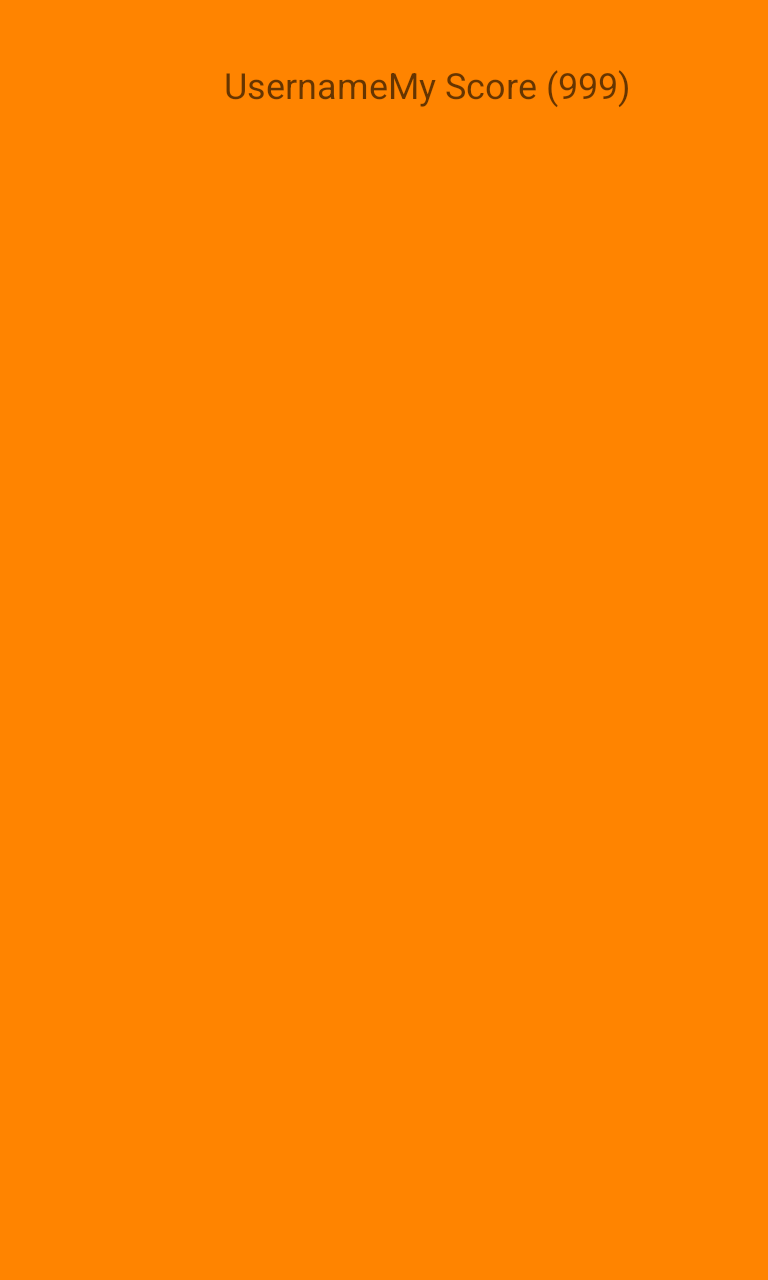
Repository: quantumlicht/android-capstone
Layout: capstone_client/res/layout/fragment_completed_quiz.xml
An editor plug-in stored every save of this project. The layout is shown before and after the next save, followed by the edit.
It is drawn on a 768 x 1280 px phone screen (xhdpi) without system bars, with theme AppTheme; the app's code is not run.

Above is the layout before, as saved 2014-11-06 00:41:21.

### capstone_client/res/layout/fragment_completed_quiz.xml
<?xml version="1.0" encoding="utf-8"?>
<RelativeLayout xmlns:android="http://schemas.android.com/apk/res/android"
    android:layout_width="match_parent"
    android:layout_height="match_parent"
    android:background="#ff8400"
    android:orientation="vertical" >

    <LinearLayout
        android:id="@+id/linearLayout1"
        android:layout_width="wrap_content"
        android:layout_height="wrap_content"
        android:layout_alignParentLeft="true"
        android:layout_marginLeft="112dp"
        android:layout_marginTop="30dp" >

         <TextView
        android:id="@+id/textView1"
        android:layout_width="wrap_content"
        android:layout_height="wrap_content"
        android:layout_alignParentLeft="true"
        android:layout_alignParentTop="true"
        android:text="Username"
        android:textAppearance="?android:attr/textAppearanceMedium" />

    <TextView
        android:id="@+id/textView2"
        android:layout_width="wrap_content"
        android:layout_height="wrap_content"
        android:layout_alignParentTop="true"
        android:layout_toRightOf="@+id/linearLayout1"
        android:text="My Score (999)"
        android:textAppearance="?android:attr/textAppearanceMedium" />
    </LinearLayout>



</RelativeLayout>

### capstone_client/res/values/styles.xml
<resources>

    <!--
        Base application theme, dependent on API level. This theme is replaced
        by AppBaseTheme from res/values-vXX/styles.xml on newer devices.
    -->
    <style name="AppBaseTheme" parent="Theme.AppCompat.Light">
        <!--
            Theme customizations available in newer API levels can go in
            res/values-vXX/styles.xml, while customizations related to
            backward-compatibility can go here.
        -->
    </style>

    <!-- Application theme. -->
    <style name="AppTheme" parent="AppBaseTheme">
        <!-- All customizations that are NOT specific to a particular API-level can go here. -->
    </style>

    <declare-styleable name="FragmentArguments">
    	<attr name="android:label" />
	</declare-styleable>

</resources>

Loaded but not shown: capstone_client/res/values-v11/styles.xml (common file); capstone_client/res/values-v14/styles.xml (common file)

After the next save:
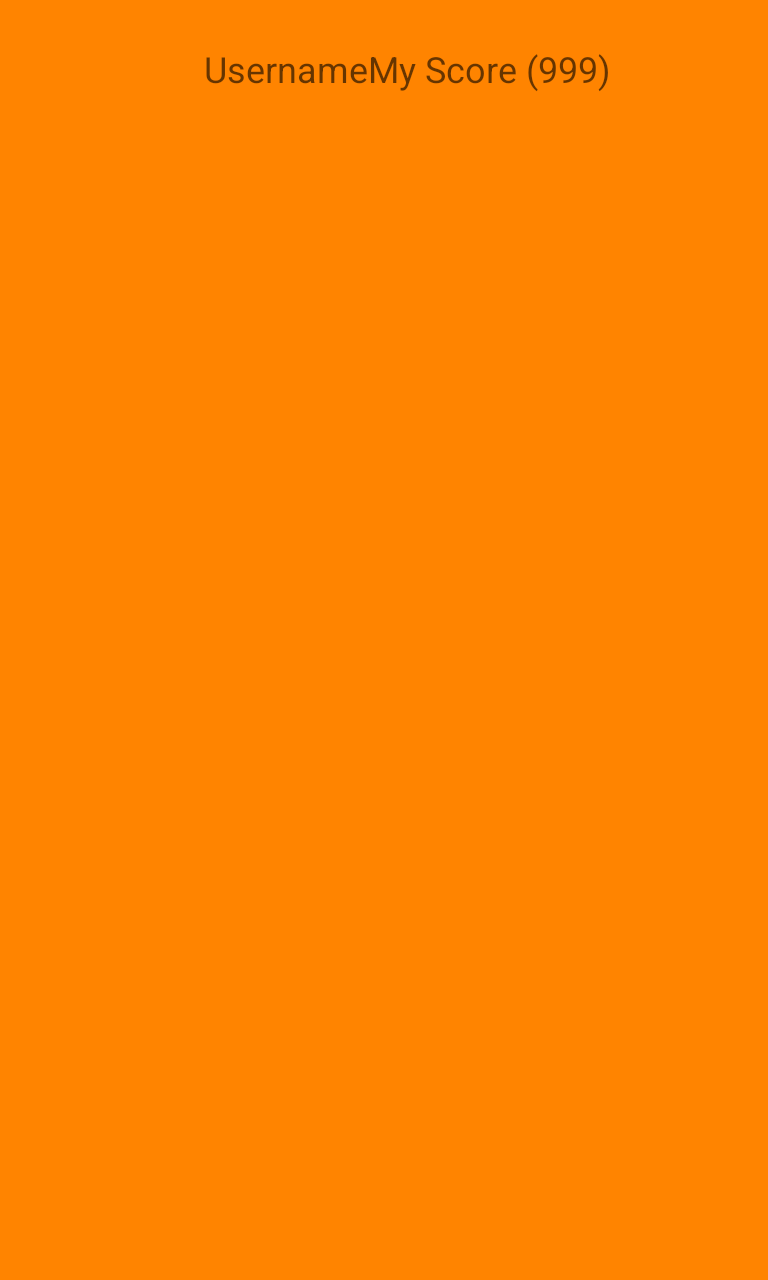
Saved 42 s later.
--- a/capstone_client/res/layout/fragment_completed_quiz.xml
+++ b/capstone_client/res/layout/fragment_completed_quiz.xml
@@ -9,16 +9,18 @@
         android:id="@+id/linearLayout1"
         android:layout_width="wrap_content"
         android:layout_height="wrap_content"
-        android:layout_alignParentLeft="true"
-        android:layout_marginLeft="112dp"
-        android:layout_marginTop="30dp" >
+        android:layout_alignParentTop="true"
+        android:layout_centerHorizontal="true"
+        android:layout_marginTop="22dp" >
+
 
          <TextView
         android:id="@+id/textView1"
         android:layout_width="wrap_content"
         android:layout_height="wrap_content"
         android:layout_alignParentLeft="true"
-        android:layout_alignParentTop="true"
+        android:layout_alignTop="@+id/linearLayout1"
+        android:layout_marginLeft="24dp"
         android:text="Username"
         android:textAppearance="?android:attr/textAppearanceMedium" />
 
@@ -26,8 +28,8 @@
         android:id="@+id/textView2"
         android:layout_width="wrap_content"
         android:layout_height="wrap_content"
-        android:layout_alignParentTop="true"
-        android:layout_toRightOf="@+id/linearLayout1"
+        android:layout_alignParentRight="true"
+        android:layout_alignTop="@+id/linearLayout1"
         android:text="My Score (999)"
         android:textAppearance="?android:attr/textAppearanceMedium" />
     </LinearLayout>
